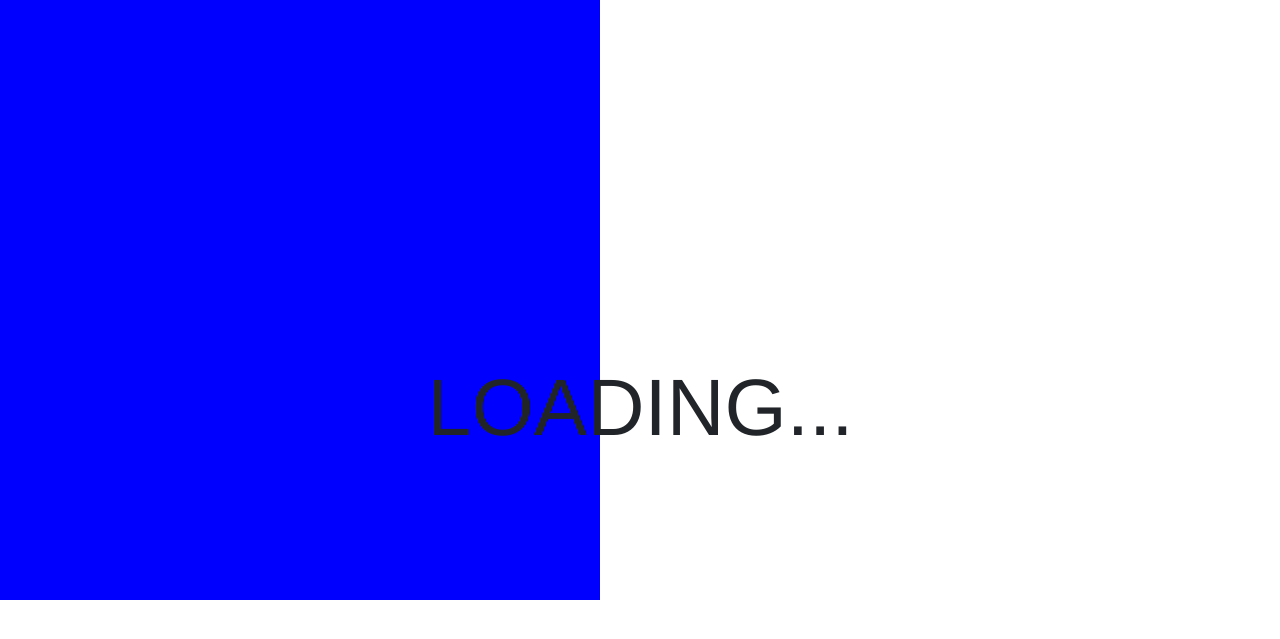
Repository: nlbien22/games
Page: WinEarBird/index.html
An editor plug-in stored every save of this project. The page is shown before and after the next save, followed by the edit.
The browser window is 1280 px wide. The pictures show the whole page.

Above is the page before, as saved 2024-11-14 23:28:09.
Console error: SyntaxError: Unexpected token '}'

### WinEarBird/index.html
<!DOCTYPE html>
<html lang="en">
<head>
    <meta charset="UTF-8">
    <meta name="viewport" content="width=device-width, initial-scale=1.0">
    <title>Gamé</title>
    <link rel="stylesheet" href="https://stackpath.bootstrapcdn.com/bootstrap/4.5.2/css/bootstrap.min.css">
    <link rel="stylesheet" href="style.css">
</head>
<body>
    <div>
        <canvas id="canvas" width="600" height="600"></canvas>
    </div>
    <img src="onepiece.png" id="image">
    <h1 id="loading">LOADING...</h1>
    <script type="module" src="script.js"></script>
</body>
</html>

### WinEarBird/style.css
* {
    margin: 0;
    padding: 0;
    box-sizing: border-box;
    font-family: 'Helvetica Neue', sans-serif;
}

body {
    overflow: hidden;
}

canvas {
    background: blue;
    top: 0;
    left: 0;
}

img {
    display: none;
}

#loading {
    position: absolute;
    top: 50%;
    width: 100%;
    text-align: center;
    font-size: 80px;
}

### WinEarBird/script.js
window.addEventListener('load', function() {
    const loading = document.querySelector('.loading');
    loading.
});

After the next save:
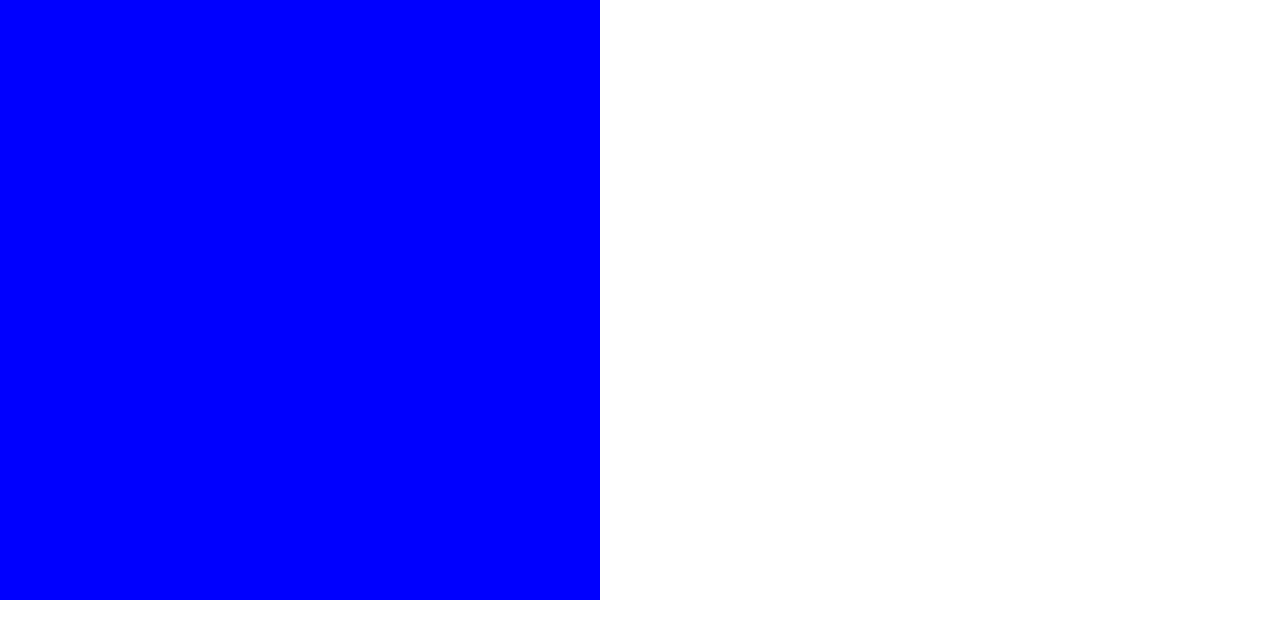
The error is gone.
Saved 36 s later.
--- a/WinEarBird/script.js
+++ b/WinEarBird/script.js
@@ -1,4 +1,6 @@
 window.addEventListener('load', function() {
-    const loading = document.querySelector('.loading');
-    loading.
+    const loading = document.getElementById('loading');
+    loading.style.display = 'none';
+    const canvas = document.getElementById('canvas');
+    const ctx = canvas.getContext('2d');
 });
